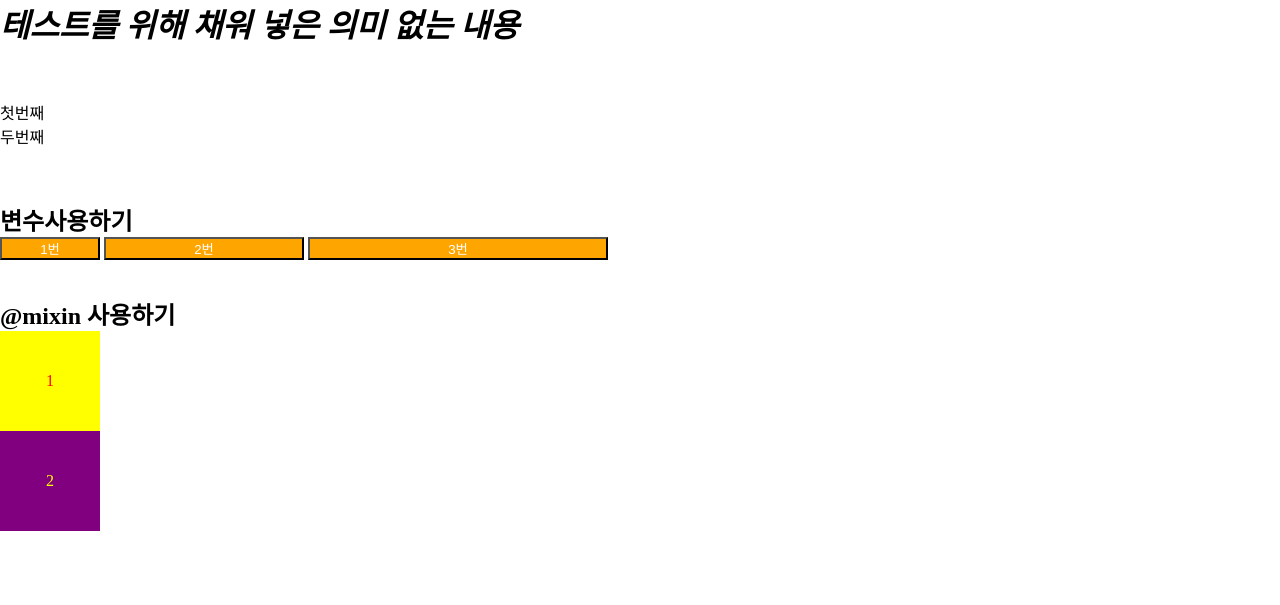
Repository: Axing00/SCSS
Page: test/index.html
An editor plug-in stored every save of this project. The page is shown before and after a run of saves, followed by the edit.
The browser window is 1280 px wide. The pictures show the whole page.
The style sheet was rebuilt from its Sass, Less or Tailwind sources for each picture, by a compiler version that may differ from the author's.

Above is the page before, as saved 2023-03-20 16:02:11.

### test/index.html
<!DOCTYPE html>
<html lang="ko">

<head>
	<meta charset="UTF-8">
	<meta http-equiv="X-UA-Compatible" content="IE=edge">
	<meta name="viewport" content="width=device-width, initial-scale=1.0">
	<link rel="stylesheet" href="css/main.css">
	<title>scss test</title>
</head>

<body>
	<p>테스트를 위해 채워 넣은 의미 없는 내용</p>

	<br>
	<br>
	<br>

	<div class="first-btn">첫번째</div>
	<div class="second-btn">두번째</div>

	<br>
	<br>
	<br>

	<h2>변수사용하기</h2>
	<button>1번</button>
	<button>2번</button>
	<button>3번</button>

	<br>
	<br>
	<br>
	<h2>@mixin 사용하기</h2>
	<div class="one">1</div>
	<div class="two">2</div>





</body>

</html>

### test/style/main.scss
* {
	margin: 0;
	padding: 0;
}


$main-color:orange;
$font-color:white;
$btn-width:100px;




p {
	font: {
		style: italic;
		weight: 900;
		size: 32px;
	}
}

/*
	&는 상위선택자
	상위선택자 참조는 의사(가상)클래스를 선택하고자 할때 특히 유용한 방법이다.
*/

.first-btn {
	&:hover {
		background: {
			color: red;
		}
	}
}

.second-btn {
	&:hover {
		background: {
			color: blue;
		}
	}
}


button {
	&:nth-of-type(1) {
		color: $font-color;
		background-color: $main-color;
		width: $btn-width;
	}

	&:nth-of-type(2) {
		color: $font-color;
		background-color: $main-color;
		width: 200px;
	}

	&:nth-of-type(3) {
		color: $font-color;
		background-color: $main-color;
		width: 300px;
	}
}




/*
	인자를 입력시에는 인클루드 할때 인자값을 꼭 입력야지
	에러가 나지 않음
*/
@mixin box-style ($bg-color, $font-color) {
	width: 100px;
	height: 100px;
	display: flex;
	justify-content: center;
	align-items: center;
	background-color: $bg-color;
	color: $font-color;
}

.one {
	@include box-style (red, white);
}

.two {
	@include box-style(purple, yellow);
}





/*
	인자에 기본적으로 값이 넣어져 있는 경우에는
	인클루드했을때 인자값을 안넣어줘도 에러가 나지 않는다
*/
@mixin box-style ($bg-color:yellow, $font-color:red) {
	width: 100px;
	height: 100px;
	display: flex;
	justify-content: center;
	align-items: center;
	background-color: $bg-color;
	color: $font-color;
}


.one {
	@include box-style;
}

.two {
	@include box-style(purple, yellow);
}

After the next 2 saves:
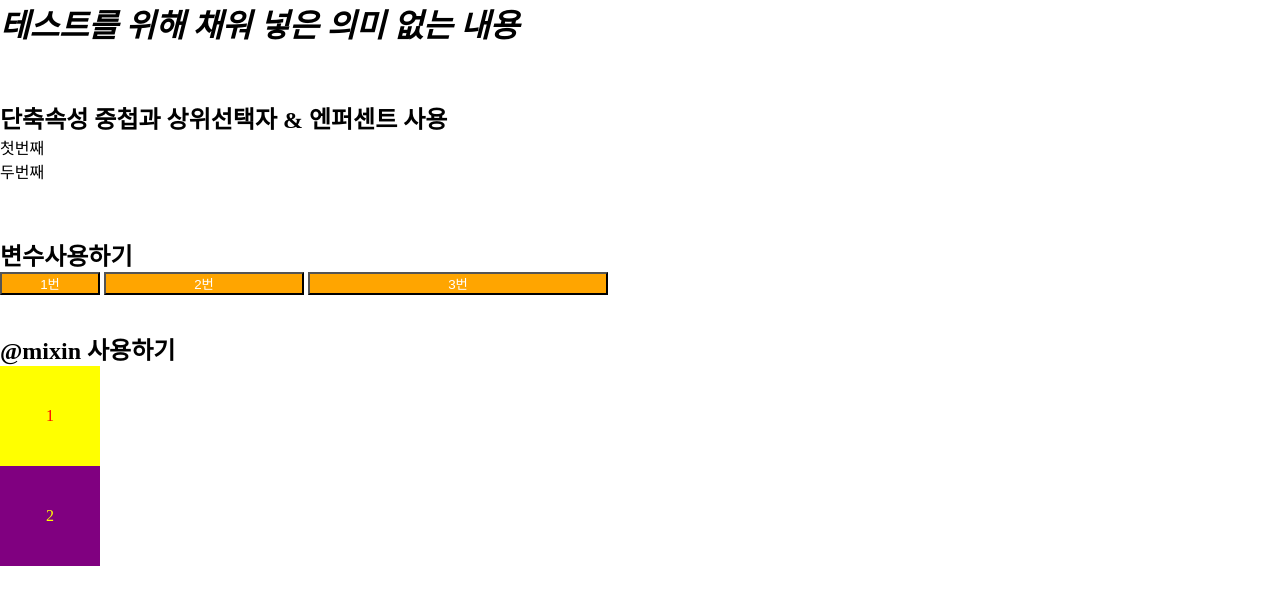
The 2 saves are shown as one change because they came seconds apart.
The last was saved 51 s later.
--- a/test/index.html
+++ b/test/index.html
@@ -16,6 +16,7 @@
 	<br>
 	<br>
 
+	<h2>단축속성 중첩과 상위선택자 & 엔퍼센트 사용</h2>
 	<div class="first-btn">첫번째</div>
 	<div class="second-btn">두번째</div>
 
